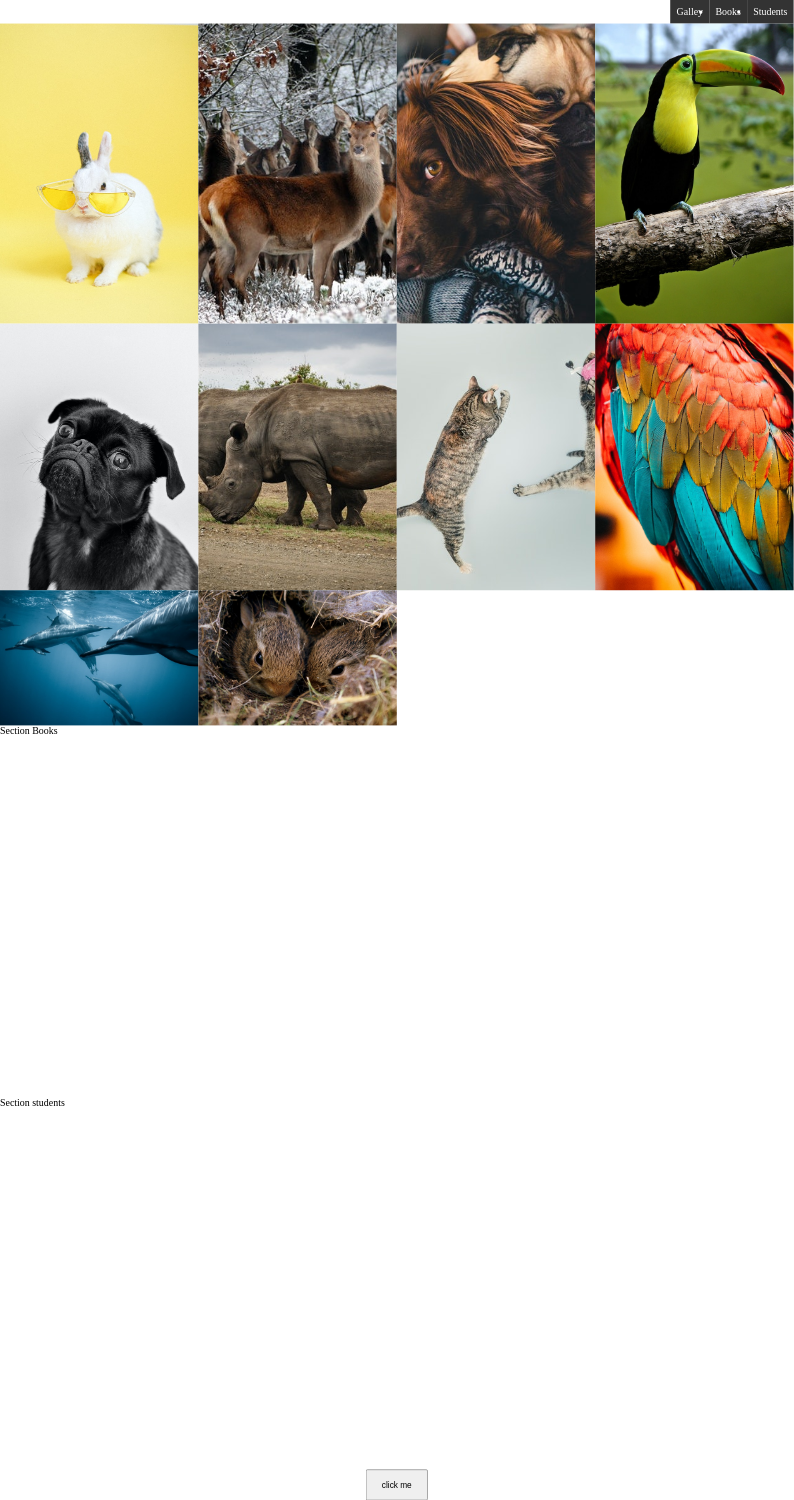
Repository: kuluong2000/homework-js-luongth
Page: homework-bai4/index.html
These files come from the project's save history. The page is drawn as it stood at one moment and after the next save; the edit follows.
The browser window is 1280 px wide. The pictures show the whole page, at 62% of full size.

Above is the page before, as saved 2021-10-15 21:49:19.

### homework-bai4/index.html
<!DOCTYPE html>
<html lang="en">
  <head>
    <meta charset="UTF-8" />
    <meta name="viewport" content="width=device-width, initial-scale=1.0" />
    <link rel="stylesheet" href="style.css" />
    <title>Project #2 - Image Gallery Pop up</title>
  </head>
  <body>
    <div class="menu">
      <div class="menu-nav">
        <ul>
          <!-- Có thể dùng href="#id" và scroll-behavior: smooth; trong css -->
          <!-- Nhưng nhớ làm = JS nha -->
          <li><a class="nav-link" attr-id="gallery">Galley</a></li>
          <li><a class="nav-link" attr-id="books">Books</a></li>
          <li><a class="nav-link" attr-id="students">Students</a></li>
        </ul>
      </div>
    </div>
    <section id="gallery" class="gallery">
      <!-- Image 1 -->
      <div class="img-container">
        <img src="img/small/pexels-anna-shvets-4588065.jpg" alt="1" />
      </div>

      <!-- Image 2 -->
      <div class="img-container">
        <img src="img/small/pexels-anthony-139639.jpg" alt="2" />
      </div>

      <!-- Image 3 -->
      <div class="img-container">
        <img src="img/small/pexels-burst-374825.jpg" alt="3" />
      </div>

      <!-- Image 4 -->
      <div class="img-container">
        <img src="img/small/pexels-carlos-spitzer-17811.jpg" alt="4" />
      </div>

      <!-- Image 5 -->
      <div class="img-container">
        <img src="img/small/pexels-charles-1851164.jpg" alt="5" />
      </div>

      <!-- Image 6 -->
      <div class="img-container">
        <img src="img/small/pexels-frans-van-heerden-631292.jpg" alt="6" />
      </div>

      <!-- Image 7 -->
      <div class="img-container">
        <img src="img/small/pexels-gratisography-4602.jpg" alt="7" />
      </div>

      <!-- Image 8 -->
      <div class="img-container">
        <img src="img/small/pexels-jan-kopřiva-3614358.jpg" alt="8" />
      </div>

      <!-- Image 9 -->
      <div class="img-container">
        <img src="img/small/pexels-jeremy-bishop-2422915.jpg" alt="9" />
      </div>
      <!-- Image 10 -->
      <div class="img-container">
        <img src="img/small/pexels-jim-long-949859.jpg" alt="10" />
      </div>
    </section>
    <div id="books" class="section-default">Section Books</div>

    <div id="students" class="section-default">Section students</div>
    <section class="color">
      <button class="btn-color">click me</button>
    </section>
    <!-- modal -->
    <div class="modal" id="modal-1">
      <img src="img/full/1.jpg" alt="" class="full-img" />
    </div>

    <script src="app.js"></script>
  </body>
</html>

### homework-bai4/style.css
html {
  scroll-behavior: smooth;
}
* {
  margin: 0;
  padding: 0;
  box-sizing: border-box;
}

.gallery {
  display: grid;
  grid-template-columns: repeat(auto-fit, minmax(300px, 1fr));
}

.img-container img {
  width: 100%;
  height: 100%;
  object-fit: cover;
  cursor: pointer;
}

.modal {
  background-color: rgba(53, 194, 18, 0.384);
  position: fixed;
  top: 0;
  left: 0;
  height: 100%;
  width: 100%;
  opacity: 0;
  pointer-events: none;
  transition: all 0.3s ease-in-out;
}

.full-img {
  position: absolute;
  height: 85%;
  top: 50%;
  left: 50%;
  transform: translate(-50%, -50%) scale(0.5);
  transition: all 0.3s ease-in-out;
}

/* Dynamic Classes */
.full-img.open {
  transform: translate(-50%, -50%) scale(1);
}

.modal.open {
  opacity: 1;
  pointer-events: all;
}

.section-default {
  height: 600px;
  width: 100%;
}

.menu-nav ul {
  display: flex;
  justify-content: flex-end;
}

.menu-nav ul li {
  padding: 10px;
  background: #333333;
  color: #ffffff;
}
.nav-link {
  cursor: pointer;
}
.btn-color {
  width: 100px;
  height: 50px;
  outline: none;
  display: block;
  margin: 0 auto;
}

### homework-bai4/app.js
// BOM: window, location, screen, history

// const modal = document.getElementsByClassName('modal')[0]
// console.log(modal)
// // const imageModal = document.getElementsByClassName('full-img')[0]
// // console.log(imageModal)
// const imageModal = document.querySelector('.full-img')
// console.log(imageModal)

// // Tạo sự kiện click, doi url image va show popup
// // .addEventListener()
// const listImage = document.querySelectorAll('.img-container img')
// console.log(listImage)

// listImage.forEach(element => {
//     element.addEventListener('click', function() {
//         // Open modal
//         modal.classList.add('open')
//         const attrImg = element.getAttribute('alt')
//         // Set new url image
//         imageModal.src = '/img/full/'+attrImg+'.jpg'
//     })
// });

// modal.addEventListener('click',(e) => {
//     if(e.target.classList.contains("modal")) {
//         modal.classList.remove("open");
//     };
// });

// // Demo, làm tiếp yêu cầu scroll
// const elmntToView = document.getElementById("books");
// elmntToView.onclick(function() {
//     elmntToView.scrollIntoView();
// })
let listImage = document.querySelectorAll(".img-container img");
let modal = document.querySelector(".modal");
let modalImg = document.querySelector(".modal img");
listImage.forEach((element) => {
  element.addEventListener("click", () => {
    //   open modal
    modal.classList.add("open");
    //  get attribute of img
    let attrImg = element.getAttribute("src");
    // set attribute of img  for modalImg
    modalImg.setAttribute("src", attrImg);
  });
});
modal.addEventListener("click", (e) => {
  if (e.target.classList.contains("modal")) {
    modal.classList.remove("open");
  }
});

let navLink = document.querySelectorAll(".nav-link");
navLink.forEach((element) => {
  element.addEventListener("click", (e) => {});
});

After the next save:
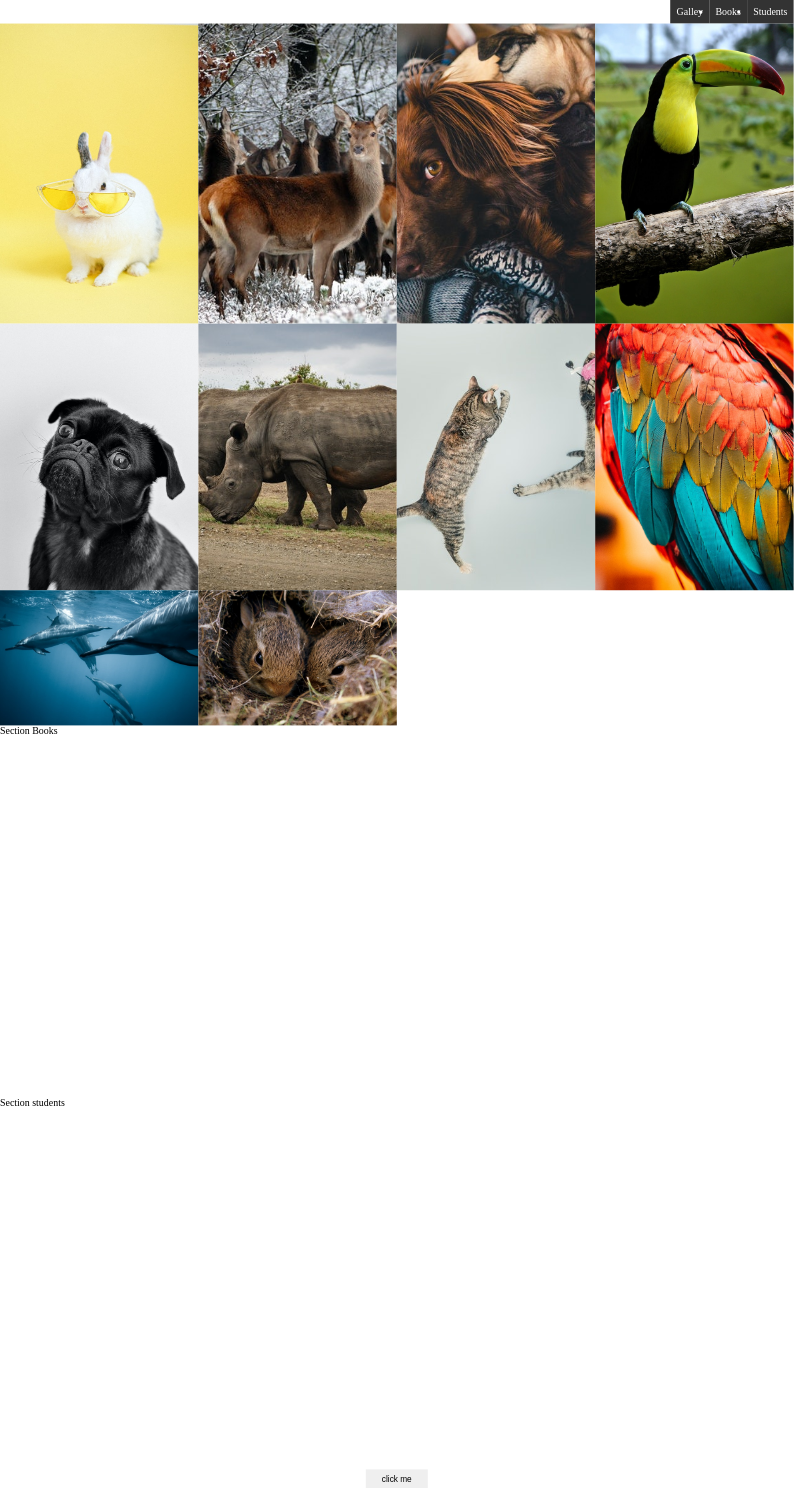
Saved 16 s later.
--- a/homework-bai4/style.css
+++ b/homework-bai4/style.css
@@ -70,8 +70,10 @@ html {
 }
 .btn-color {
   width: 100px;
-  height: 50px;
+  height: 30px;
   outline: none;
   display: block;
   margin: 0 auto;
+  cursor: pointer;
+  border: none;
 }
